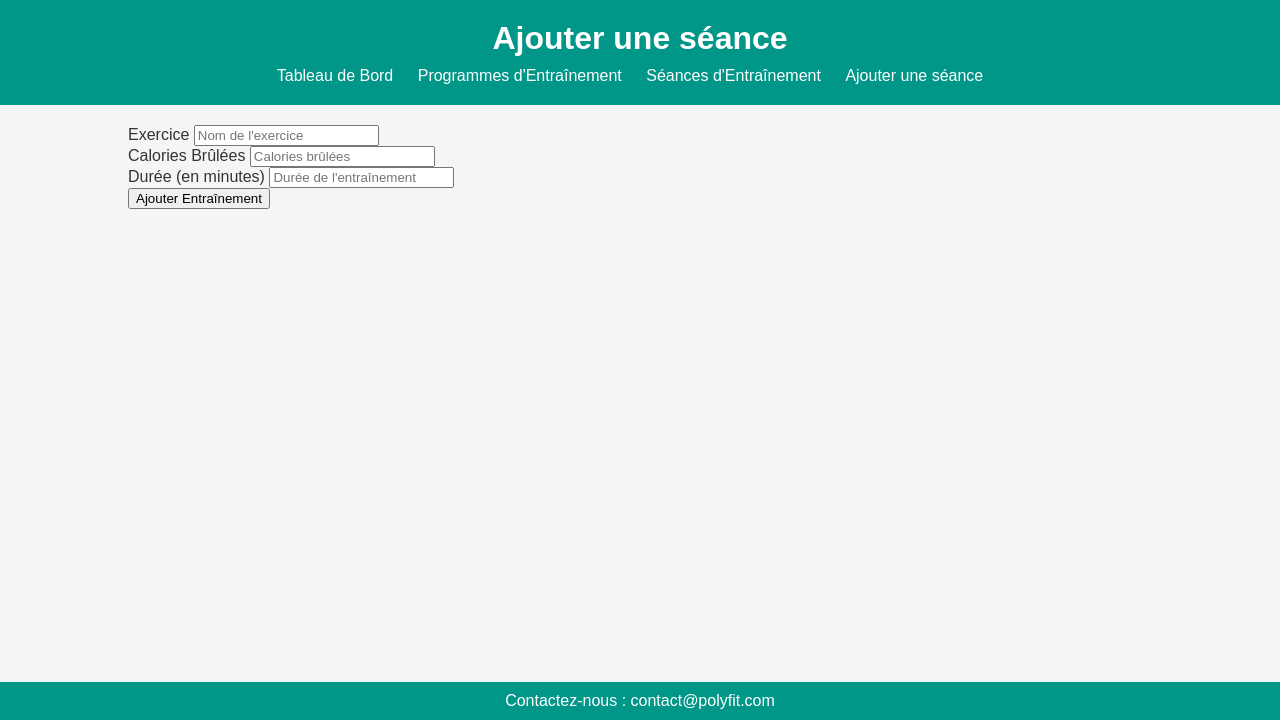
Repository: rimessouabni/polyfit
Page: src/main/resources/static/AddWorkout.html
An editor plug-in stored every save of this project. The page is shown before and after the next save, followed by the edit.
The browser window is 1280 px wide. The pictures show the whole page.

Above is the page before, as saved 2024-03-18 15:36:54.

### src/main/resources/static/AddWorkout.html
<!DOCTYPE html>
<html lang="fr">
<head>
    <meta charset="UTF-8">
    <meta name="viewport" content="width=device-width, initial-scale=1.0">
    <title>PolyFit - Ajouter séance</title>
    <link rel="stylesheet" href="styles.css">
</head>
<body>
    <header>
        <h1>Ajouter une séance</h1>
        <nav>
            <ul>
                <li><a href="dashboard.html">Tableau de Bord</a></li>
                <li><a href="programs.html">Programmes d'Entraînement</a></li>
                <li><a href="workouts.html">Séances d'Entraînement</a></li>
                <li><a href="AddWorkout.html">Ajouter une séance</a></li>
            </ul>
        </nav>
    </header>

    <div class="container mx-auto py-8 px-4">
        <form class="max-w-lg mx-auto">
            <div class="mb-4">
                <label class="block text-gray-700 text-sm font-bold mb-2" for="exercise">Exercice</label>
                <input class="shadow appearance-none border rounded w-full py-2 px-3 text-gray-700 leading-tight focus:outline-none focus:shadow-outline" id="exercise" type="text" placeholder="Nom de l'exercice">
            </div>
            <div class="mb-4">
                <label class="block text-gray-700 text-sm font-bold mb-2" for="calories">Calories Brûlées</label>
                <input class="shadow appearance-none border rounded w-full py-2 px-3 text-gray-700 leading-tight focus:outline-none focus:shadow-outline" id="calories" type="number" placeholder="Calories brûlées">
            </div>
            <div class="mb-4">
                <label class="block text-gray-700 text-sm font-bold mb-2" for="duration">Durée (en minutes)</label>
                <input class="shadow appearance-none border rounded w-full py-2 px-3 text-gray-700 leading-tight focus:outline-none focus:shadow-outline" id="duration" type="number" placeholder="Durée de l'entraînement">
            </div>
            <div class="flex items-center justify-between">
                <button class="bg-blue-500 hover:bg-blue-700 text-white font-bold py-2 px-4 rounded focus:outline-none focus:shadow-outline" type="button">
                    Ajouter Entraînement
                </button>
            </div>
        </form>
    </div>

    <footer>
        <p>Contactez-nous : contact@polyfit.com</p>
    </footer>
</body>
</html>

### src/main/resources/static/styles.css
/* Reset des styles par défaut */
body, h1, h2, h3, p, ul, li {
    margin: 0;
    padding: 0;
}

body {
    font-family: Arial, sans-serif;
    background-color: #f5f5f5;
    color: #333;
}

header {
    background-color: #009688;
    color: #fff;
    padding: 20px;
    text-align: center;
}

header h1 {
    margin-bottom: 10px;
}

nav ul {
    list-style-type: none;
}

nav ul li {
    display: inline;
    margin-right: 20px;
}

nav ul li a {
    color: #fff;
    text-decoration: none;
}

.container {
    width: 80%;
    margin: 0 auto;
    padding: 20px;
}

.workout {
    background-color: #fff;
    border-radius: 5px;
    box-shadow: 0 0 10px rgba(0, 0, 0, 0.1);
    padding: 20px;
    margin-bottom: 20px;
}

.workout h3 {
    color: #009688;
    margin-bottom: 10px;
}

.workout p {
    color: #666;
    margin-bottom: 10px;
}

.workout ul {
    list-style-type: none;
}

.workout ul li {
    margin-bottom: 5px;
}

/* Styles pour les icônes */
.workout ul li img {
    width: 30px; /* Ajustez la taille des icônes ici */
    margin-right: 10px;
    vertical-align: middle;
}

footer {
    background-color: #009688;
    color: #fff;
    text-align: center;
    padding: 10px 0;
    position: fixed;
    width: 100%;
    bottom: 0;
}

After the next save:
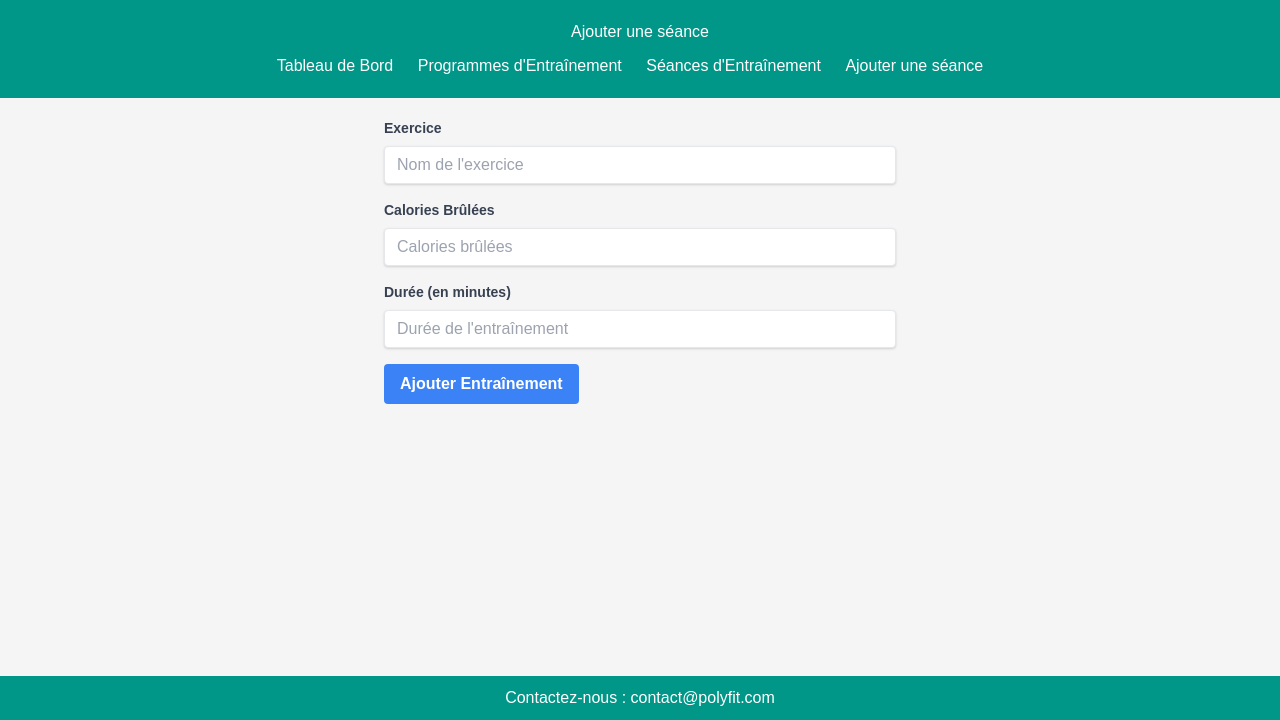
Saved 67 s later.
--- a/src/main/resources/static/AddWorkout.html
+++ b/src/main/resources/static/AddWorkout.html
@@ -4,6 +4,7 @@
     <meta charset="UTF-8">
     <meta name="viewport" content="width=device-width, initial-scale=1.0">
     <title>PolyFit - Ajouter séance</title>
+    <link href="https://cdn.jsdelivr.net/npm/tailwindcss@2.2.19/dist/tailwind.min.css" rel="stylesheet">
     <link rel="stylesheet" href="styles.css">
 </head>
 <body>
